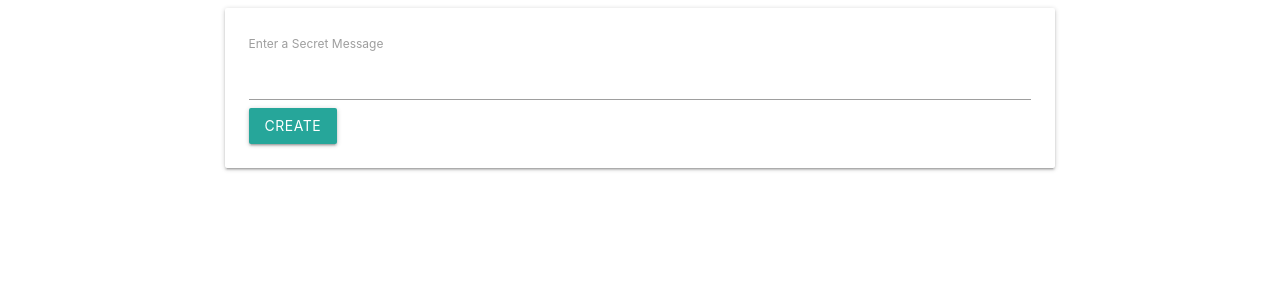
Repository: zhapar/JS-Bootcamp
Page: 4. Secret message/index.html
These files come from the project's save history. The page is drawn as it stood at one moment and after the next save; the edit follows.
The browser window is 1280 px wide. The pictures show the whole page.

Above is the page before, as saved 2020-07-20 18:58:27.

After the next save:
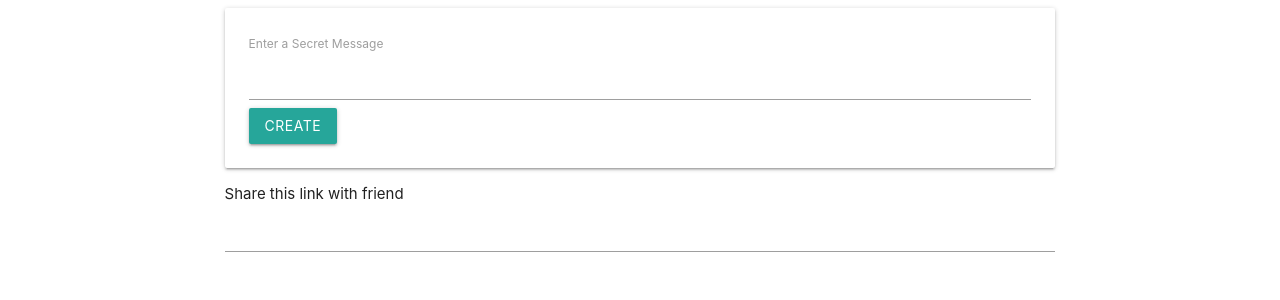
Saved 21 h 14 min later.
--- a/4. Secret message/index.html
+++ b/4. Secret message/index.html
@@ -1,30 +1,36 @@
 <!DOCTYPE html>
 <html lang="en">
+  <head>
+    <meta charset="UTF-8" />
+    <meta name="viewport" content="width=device-width, initial-scale=1.0" />
 
-<head>
-  <meta charset="UTF-8">
-  <meta name="viewport" content="width=device-width, initial-scale=1.0">
+    <!-- Compiled and minified CSS -->
+    <link
+      rel="stylesheet"
+      href="https://cdnjs.cloudflare.com/ajax/libs/materialize/1.0.0/css/materialize.min.css"
+    />
 
-  <!-- Compiled and minified CSS -->
-  <link rel="stylesheet" href="https://cdnjs.cloudflare.com/ajax/libs/materialize/1.0.0/css/materialize.min.css">
+    <title>Secret Message</title>
+  </head>
 
-  <title>Secret Message</title>
-</head>
+  <body>
+    <div class="row">
+      <div class="col s8 offset-s2">
+        <div class="card-panel">
+          <form>
+            <label for="message">Enter a Secret Message</label>
+            <input type="text" id="message-input" />
+            <button class="btn">Create</button>
+          </form>
+        </div>
 
-<body>
-  <div class="row">
-    <div class="col s8 offset-s2">
-      <div class="card-panel">
-        <form>
-          <label for="message">Enter a Secret Message</label>
-          <input type="text" id="message">
-          <button class="btn">Create</button>
-        </form>
+        <div>
+          Share this link with friend
+          <input type="text" id="link-input" />
+        </div>
       </div>
     </div>
-  </div>
 
-  <script src="app.js"></script>
-</body>
-
+    <script src="app.js"></script>
+  </body>
 </html>
